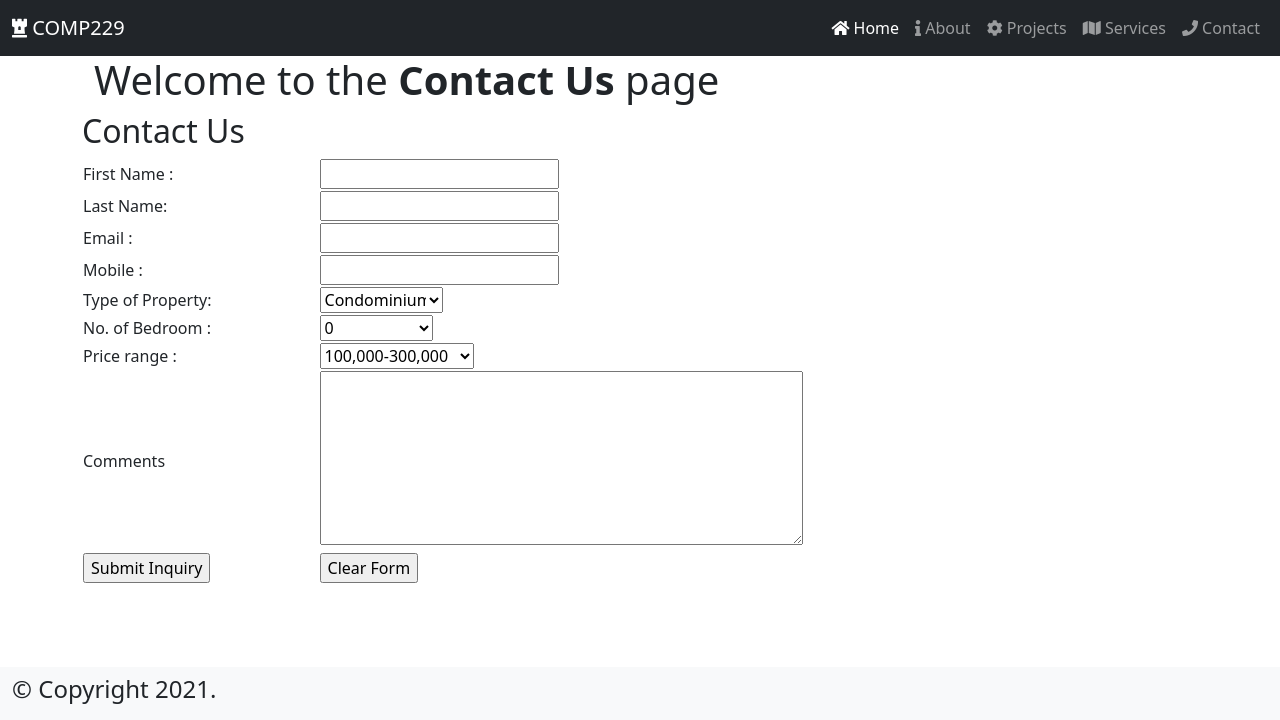
Repository: RevathyJK/Portfolio
Page: http://localhost/contact
These files come from the project's save history. The page is drawn as it stood at one moment and after the next save; the edit follows.
The browser window is 1280 px wide. The pictures show the whole page.
The page is served by the project's Node server (server.js).

Above is the page before, as saved 2021-09-27 22:35:27.

After the next save:
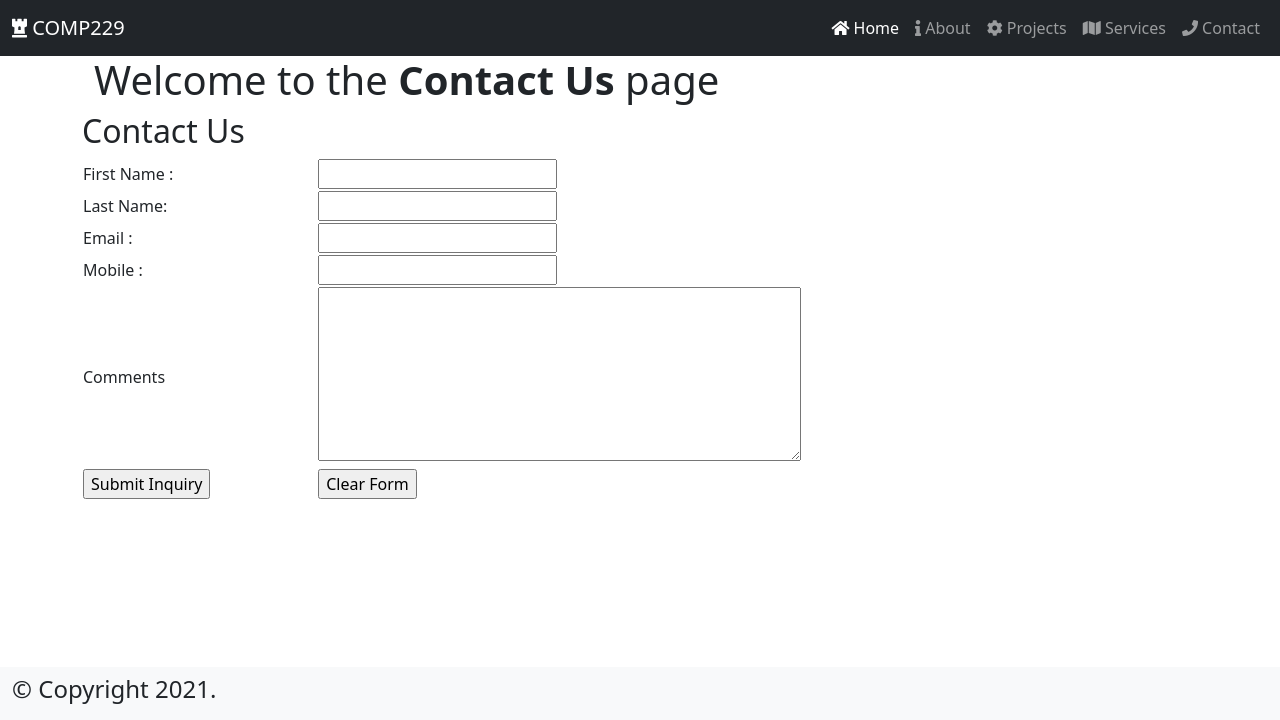
Saved 60 s later.
--- a/Server/Views/content/contact.ejs
+++ b/Server/Views/content/contact.ejs
@@ -27,34 +27,7 @@
 			<td>Mobile :</td>
 			<td><input name="txtMobile" tabindex="7" type="text"></td>
 		</tr>
-		<tr>
-			<td>Type of Property:</td>
-			<td><select name="Select1" style="width: 123px" tabindex="9">
-					<option>Condominium</option>
-					<option>Townhouse</option>
-					<option>Semi Detached</option>
-					<option>Detached</option>
-				</select></td>
-		</tr>
-		<tr>
-			<td>No. of Bedroom : </td>
-			<td><select name="Select2" style="width: 113px" tabindex="11">
-					<option>0</option>
-					<option value="1">1+</option>
-					<option value="2">2+</option>
-					<option value="3">3+</option>
-				</select>
-			</td>
-		</tr>
-		<tr>
-			<td>Price range :</td>
-			<td><select name="lstPrice" tabindex="13">
-			<option>100,000-300,000</option>
-			<option>500,00-800,000</option>
-			<option>800,00-1,000,000</option>
-			<option>300,000 - 500,000</option>
-			</select></td>
-		</tr>
+
 		<tr>
 			<td>Comments</td>
 			<td><textarea cols="50" name="txtComments" rows="7" tabindex="15"></textarea></td>
